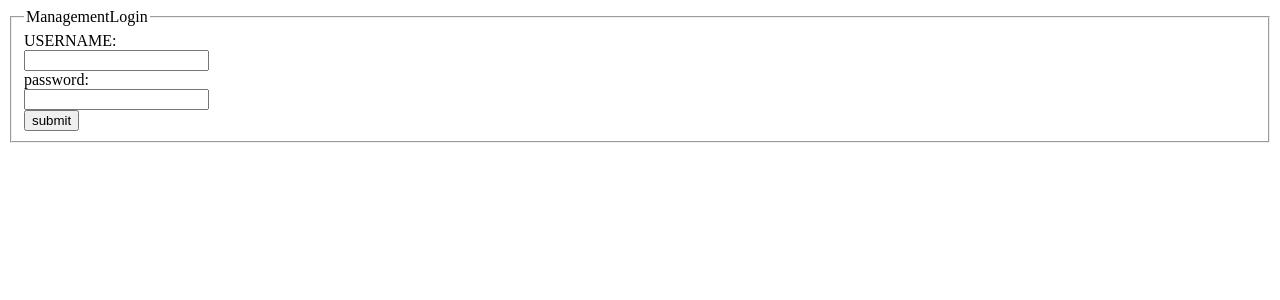
Repository: JanapatlaManojReddy/java
Page: http://localhost/institutionProject/ManagementLogin.jsp
An editor plug-in stored every save of this project. The page is shown before and after the next save, followed by the edit.
The browser window is 1280 px wide. The pictures show the whole page.
The page is served by Tomcat 9.

Above is the page before, as saved 2023-08-20 17:29:24.

After the next save:
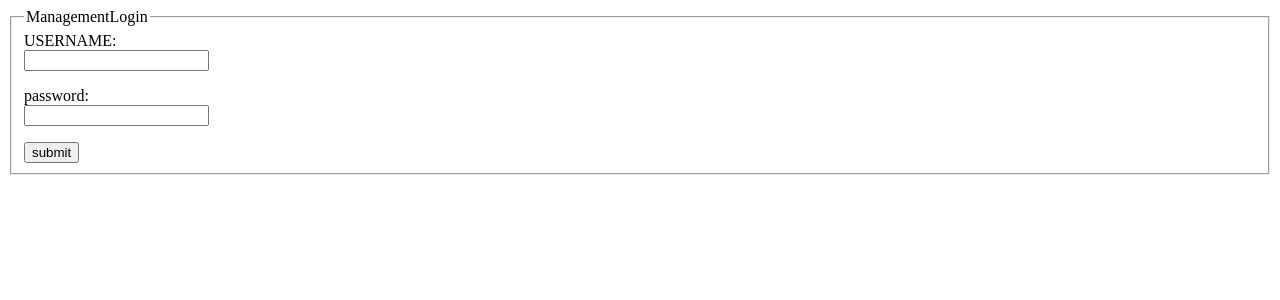
Saved 26 s later.
--- a/institutionProject/src/main/webapp/ManagementLogin.jsp
+++ b/institutionProject/src/main/webapp/ManagementLogin.jsp
@@ -20,10 +20,10 @@ diplay:block;
 
 <div id="usname">USERNAME:</div>
 <input type="text" name="username">
-<div id="user"></div>
+<p id="user"></p>
 <div id="psword">password:</div>
 <input type="password" name="password">
-<div id="pass"></div>
+<p id="pass"></p>
 <input type="submit" value="submit">
 
 </fieldSet>
